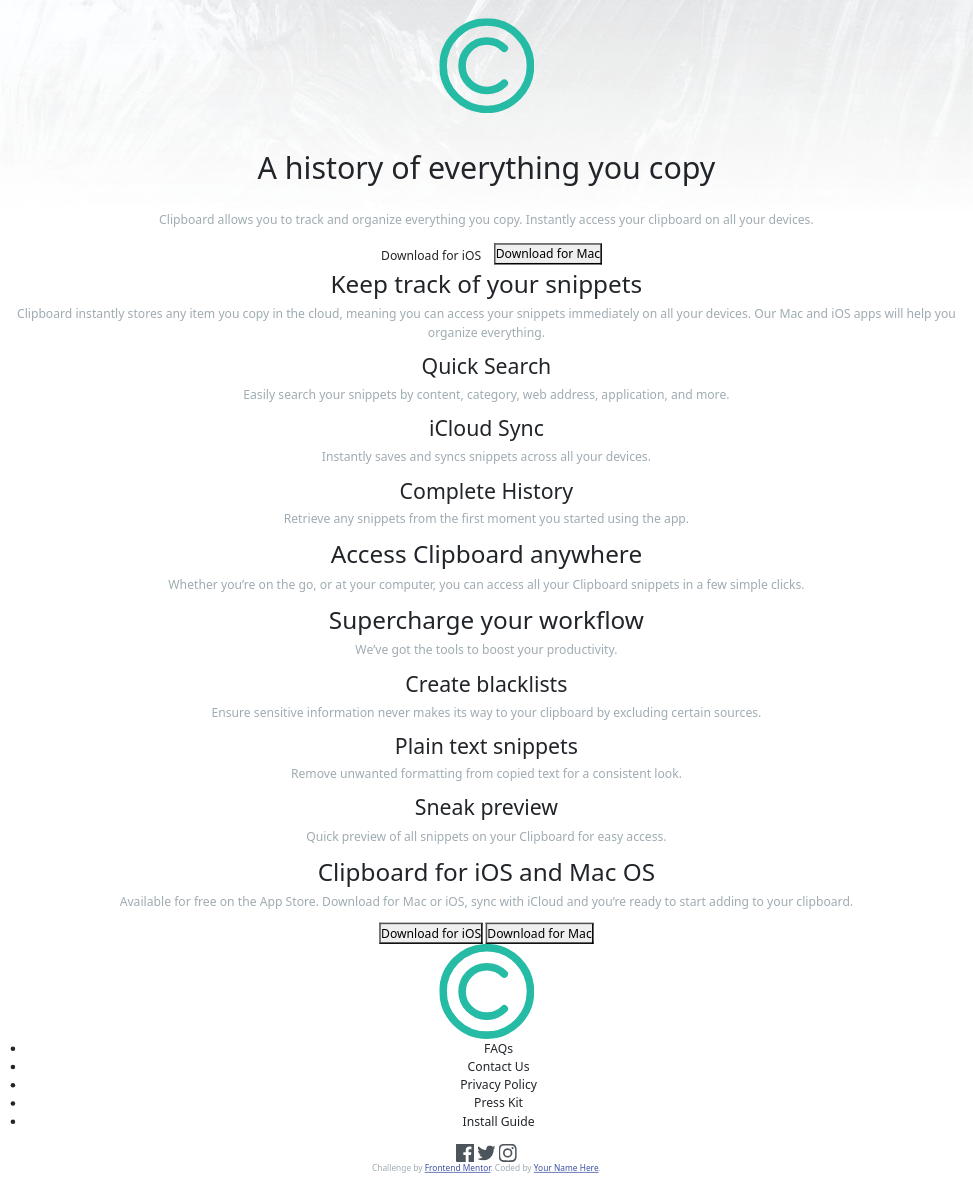
Repository: blordeus/clipboard-landing-page-master
Page: index.html
An editor plug-in stored every save of this project. The page is shown before and after the next save, followed by the edit.
The browser window is 1280 px wide. The pictures show the whole page, at 76% of full size.
Some web fonts or font styles are not loaded; a fallback is used. The style sheet was rebuilt from its Sass, Less or Tailwind sources for each picture, by a compiler version that may differ from the author's.

Above is the page before, as saved 2023-09-04 11:23:16.

After the next save:
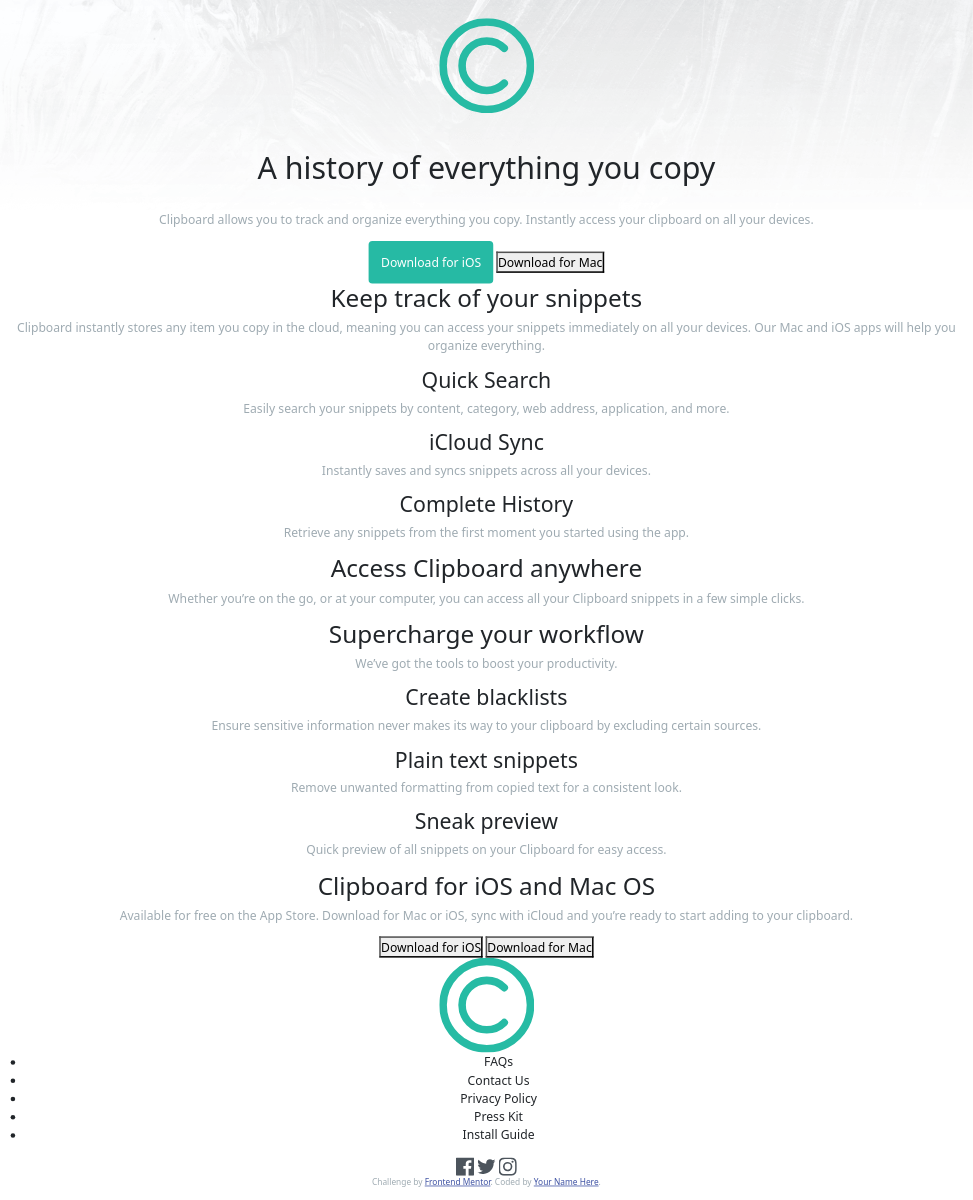
Saved 4 s later.
--- a/index.html
+++ b/index.html
@@ -23,7 +23,7 @@
     </p>
 
     <div>
-      <button class="btn">Download for iOS</button>
+      <button class="btn-cyan">Download for iOS</button>
       <button>Download for Mac</button>
     </div>
 
